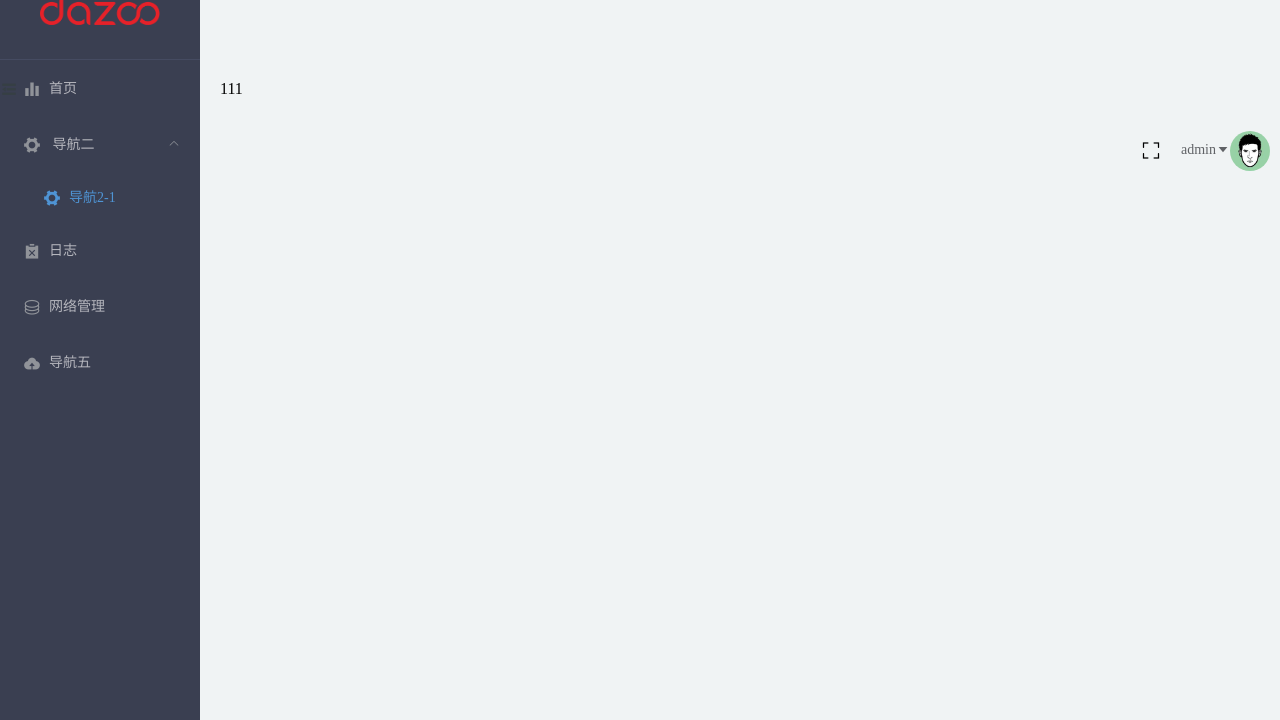
Repository: TomGodb/dazoo-admin
Page: /#/dashbord/aaa
An editor plug-in stored every save of this project. The page is shown before and after the next save, followed by the edit.
The browser window is 1280 px wide. The pictures show the whole page.
The project was rebuilt for these pictures with package versions that can differ from the ones it lists, and the page was loaded fresh each time. Also part of the build but not shown: vue.config.js, src/components/SlideVerify/index.vue, src/utils/request.js, src/views/login/http.js, src/views/login/index.vue.

Above is the page before, as saved 2021-01-23 14:00:33.

### public/index.html
<!DOCTYPE html>
<html lang="">
  <head>
    <meta charset="utf-8">
    <meta http-equiv="X-UA-Compatible" content="IE=edge">
    <meta name="viewport" content="width=device-width,initial-scale=1.0">
    <link rel="icon" href="<%= BASE_URL %>favicon.ico">
    <title>运维管理后台</title>
  </head>
  <body>
    <noscript>
      <strong>We're sorry but <%= htmlWebpackPlugin.options.title %> doesn't work properly without JavaScript enabled. Please enable it to continue.</strong>
    </noscript>
    <div id="app"></div>
    <!-- built files will be auto injected -->
  </body>
</html>

### src/main.js
import Vue from "vue";
import App from "./App.vue";
import router from "./router";
import store from "./store";
import ElementUI from 'element-ui';
import 'element-ui/lib/theme-chalk/index.css';
import "@/style/element.less";
Vue.config.productionTip = false;
Vue.use(ElementUI);
new Vue({
  router,
  store,
  render: h => h(App)
}).$mount("#app");

### src/App.vue
<template>
  <div id="app">
    <!-- <div id="nav">
      <router-link to="/">Home</router-link> |
      <router-link to="/about">About</router-link>
    </div> -->
    <router-view />
  </div>
</template>

<style lang="less">
* {
  padding: 0;
  margin: 0;
}
body,
html {
  height: 100%;
}
#app {
  font-family: "\5FAE\8F6F\96C5\9ED1";
  height: 100%;
}

// #nav {
//   padding: 30px;
//   a {
//     font-weight: bold;
//     color: #2c3e50;
//     &.router-link-exact-active {
//       color: #42b983;
//     }
//   }
// }
</style>

### src/router/index.js
import Vue from "vue";
import VueRouter from "vue-router";

import login from "@v/login/index.vue";
import Home from "@/Home/index.vue";
Vue.use(VueRouter);
import module from './modole'

export const currencyRoutes = [{
    path: "/",
    name: "login",
    component: login,
  },
  {
    path: "/Home",
    name: "Home",
    component: Home,
    redirect: "/dashbord",
    children: module,

  },
];
const router = new VueRouter({
  mode: "hash",
  base: process.env.BASE_URL,
  routes: currencyRoutes
});

export default router;

### src/store/index.js
import Vue from "vue";
import Vuex from "vuex";
import getters from "./getters"

Vue.use(Vuex);
export default new Vuex.Store({
  state: {
    opened: false
  },
  mutations: {
    SET_OPENED(state) {
      state.opened = !state.opened;
    },
  },
  actions: {},
  modules: {},
  getters
});

### src/style/element.less
.el-menu--collapse .el-submenu__title{
    span{
        display: none;
    }
    .el-submenu__icon-arrow {
        display: none;
    }
}
.el-header{
    height: 60px;
    position: fixed;
    top: 0;
    width: 100%;
    left: 0;
    z-index: 999;
    padding: 0px !important;
}
.table-expand {
    font-size: 0;
    & label{
        width: 90px;
        color: #99a9bf;
    }
    & .el-form-item {
        margin-right: 0;
        margin-bottom: 0;
        width: 50%;
      }
  }

### src/Home/index.vue
<template>
  <div class="home-container">
    <el-container>
      <el-header> <m-header></m-header></el-header>
      <el-container>
        <el-aside :width="opened ? '64px' : '200px'">
          <el-menu
            :default-active="activeMenu"
            class="el-menu-vertical-demo"
            background-color="#3a3f51"
            text-color="#b5b6bd"
            active-text-color="rgb(79, 148, 212)"
            mode="vertical"
            :collapse-transition="false"
            router
            :collapse="opened"
          >
            <NavMenu :navMenus="menuData"></NavMenu>
          </el-menu>
        </el-aside>
        <el-main>
          <div class="wrapper_con">
            <transition name="fade-page" mode="out-in">
              <router-view></router-view>
            </transition>
          </div>
        </el-main>
      </el-container>
    </el-container>
    <!-- <el-container>
      <el-aside :width="opened ? '64px' : '200px'">
        <el-menu
          :default-active="activeMenu"
          class="el-menu-vertical-demo"
          background-color="#3a3f51"
          text-color="#b5b6bd"
          active-text-color="rgb(79, 148, 212)"
          mode="vertical"
          :collapse-transition="false"
          router
          :collapse="opened"
        >
          <NavMenu :navMenus="menuData"></NavMenu>
        </el-menu>
      </el-aside>
      <el-container>
        <el-header>
          <m-header></m-header>

        </el-header>
        <el-main>
          <transition name="fade-page" mode="out-in">
            <router-view></router-view>
          </transition>
        </el-main>
      </el-container>
    </el-container> -->
  </div>
</template>

<script>
import NavMenu from "./NavMenu";
import { mapGetters } from "vuex";
import MHeader from "./Header";
import { menuData } from "./NavMenu/meunDataRouter";
export default {
  components: {
    NavMenu,
    MHeader,
  },
  data() {
    return {
      menuData,
    };
  },
  computed: {
    activeMenu() {
      return this.$route.path;
    },
    ...mapGetters(["opened"]),
  },
};
</script>

<style lang="less" scoped>
.home-container {
  height: 100%;
  .el-aside {
    margin-top: 60px;
    transition: width 0.3s;
    overflow: hidden;
    background-color: rgb(58, 63, 81);
  }
  .el-menu {
    border-right: 0px !important;
  }
  .fade-page-enter-active,
  .fade-page-leave-active {
    transition: all 0.5s;
  }
  .fade-page-enter {
    opacity: 0;
    transform: translateX(-30px);
  }
  .fade-page-leave-to {
    opacity: 0;
    transform: translateX(-30px);
  }
}
.el-container {
  height: 100%;
}
.el-main {
  background-color: #f0f3f4;
}
.wrapper_con {
  margin-top: 60px;
  height: calc(100% - 60px);
}
</style>

### src/router/modole/index.js
import aaa from './aaa'
let routesArray = []

let toArray = (pages) => {
  Object.keys(pages).forEach((key) => {
    let obj = pages[key]
    Object.keys(obj).forEach((key) => {
      routesArray.push(obj[key])
    })
  })
}
toArray([aaa])

export default routesArray

### src/store/getters.js

const getters ={
    opened(state){
        return state.opened
    }
}
export default getters;

### src/Home/NavMenu/index.vue
<template>
  <div class="navMenu">

    <template v-for="navMenu in navMenus">
      <!-- 最后一级菜单 -->
      <el-menu-item
        v-if="!navMenu.children && navMenu"
        :key="navMenu.id"
        :data="navMenu"
        :index="navMenu.path"
      >
        <i :class="navMenu.meta.icon"></i>
        <span slot="title">{{ navMenu.meta.title }}</span>
      </el-menu-item>
      <!-- 此菜单下还有子菜单 -->
      <el-submenu
        v-if="navMenu.children && navMenu"
        :key="navMenu.id"
        :data="navMenu"
        :index="navMenu.path"
      >
        <template slot="title">
          <i :class="navMenu.meta.icon"></i>
          <span> {{ navMenu.meta.title }}</span>
        </template>
        <!-- 递归 -->
        <NavMenu :navMenus="navMenu.children"></NavMenu>
      </el-submenu>
    </template>
  </div>
</template>

<script>
import { mapGetters } from "vuex";
export default {
  computed: {
    ...mapGetters(["opened"]),
  },
  name: "NavMenu",
  props: ["navMenus"],
  data() {
    return {};
  },
  methods: {},
};
</script>
<style lang="less" scoped>

</style>

### src/Home/Header/index.vue
<template>
<div>
    <header-l></header-l>

  <div class="sideCollapse">

    <div class="sideCollapse-left" id="domColapse">
      <i
        :class="{ 'el-icon-s-unfold': opened, 'el-icon-s-fold': !opened }"
        @click="toggleOpen()"
      ></i>
    </div>
    <div class="sideCollapse-right">
      <user-dropdown></user-dropdown>
    </div>
  </div>
  </div>
</template>

<script>
import { mapGetters } from "vuex";
import UserDropdown from "./UserDropdown";
import headerL from "./logo";
export default {
  components: {
    UserDropdown,
    headerL,
  },
  computed: {
    ...mapGetters(["opened"]),
  },
  methods: {
    toggleOpen() {
      this.$store.commit("SET_OPENED");
    },
  },
};
</script>
<style lang="less" scoped>
.sideCollapse-left {
  width: 100%;
  float: left;
  font-size: 18px;
  color: #363f44;
  cursor: pointer;
}
.sideCollapse {
  background-color: white;
  line-height: 60px;
  height: 100%;
}
.sideCollapse-right {
  float: right;
}
.header_l {
  transition: width 0.3s;
  float: left;
  background-color: #3a3f51;
  border-bottom: 1px solid #454b61;
  width: 200px;
  height: 59px;
  text-align: center;
  font-size: 15px;
  font-weight: 700;
  img {
    height: 28px;
    vertical-align: middle;
    position: relative;
    top: -3px;
  }
}
</style>

### src/Home/NavMenu/meunDataRouter.js
const menuData = [{
        id: 1,
        meta: {
            title: "首页",
            icon: "el-icon-s-data"
        },
        path: "/dashbord",
    },
    {
        id: 2,
        meta: {
            title: "导航二",
            icon: "el-icon-s-tools"
        },
        path: "/dashbord/aaa",

        children: [{

            path: "/dashbord/aaa",
            meta: {
                title: "导航2-1",
                icon: "el-icon-s-tools"
            },
        }]
    },
    {
        id: 3,
        meta: {
            title: "日志",
            icon: "el-icon-s-release"
        },
        path: "/",
    },
    {
        id: 4,
        meta: {
            title: "网络管理",
            icon: "el-icon-coin"
        },
        path: "/",
    },
    {
        id: 5,
        meta: {
            title: "导航五",
            icon: "el-icon-upload"
        },
        path: "/",
    },
]

export {
    menuData
}

### src/router/modole/aaa.js
export default [{
        path: "/dashbord",
        name: "Dashbord",
        component: () => import("@v/dashbord"),
        meta: {
            title: "首页",
            icon: "el-icon-s-data"
        }
    },
    {
        path: "/dashbord/aaa",
        name: "aaa",
        component: () => import("@v/aaa"),
        meta: {
            title: "aaa",
            icon: "el-icon-s-data"
        }
    },
]

### src/Home/Header/UserDropdown.vue
<template>
  <div>
    <div class="hoverBag" @click="toggleFull">
      <i class="el-icon-full-screen iconFont"></i>
    </div>
    <el-dropdown class="userDd hoverBag" @command="handleCommand">
      <div class="userDrop">
        <span class="userDrop_text">
          admin<i class="el-icon-caret-bottom"></i
        ></span>
        <img src="@a/ImgSrc/header_images/user01.jpg" alt="user" />
      </div>
      <el-dropdown-menu solt="dropdown">
        <el-dropdown-item
          v-for="(item, index) in dropdownList"
          :key="index"
          :command="index"
        >
          <i :class="item.icon"></i>{{ item.title }}
        </el-dropdown-item>
        <!-- <el-dropdown-item>
          <i class=""></i>
        </el-dropdown-item>
        <el-dropdown-item divided>
          <i class=""></i>
        </el-dropdown-item> -->
      </el-dropdown-menu>
    </el-dropdown>
  </div>
</template>
<script>
import screenfull from "screenfull";
export default {
  data() {
    return {
      dropdownList: [
        {
          icon: "el-icon-s-home",
          title: "首页",
          path: "/Home",
        },
        {
          icon: "el-icon-s-custom",
          title: "个人信息",
          path: "/dashbord/aaa",
        },
        {
          icon: "el-icon-switch-button",
          title: "登出",
          path: "/",
        },
      ],
    };
  },
  methods: {
    handleCommand(index) {
      this.$router.push(this.dropdownList[index].path);
    },
    toggleFull() {
      screenfull.toggle();
    },
  },
};
</script>
<style lang="less" scoped>
.iconFont {
  font-size: 20px;
  vertical-align: middle;
}
.userDrop img {
  vertical-align: middle;
  display: inline-block;
  width: 40px;
  height: 40px;
  border-radius: 50%;
  vertical-align: middle;
}

.hoverBag {
  cursor: pointer;
  height: 100%;
  padding: 0px 10px;
  float: left;
}
.hoverBag:hover {
  background: #f0f3f4;
}
</style>

### src/Home/Header/logo.vue
<template>
  <div>
    <div class="header_l" :style="{ width: opened ? '64px' : '200px' }">
      <img
        :src="
          require(opened
            ? '@a/ImgSrc/Home-logo/dazoo-logo.png'
            : '@a/ImgSrc/Home-logo/logo.jpg')
        "
        alt="logo"
        title="logo"
      />
    </div>
  </div>
</template>
<script>
import { mapGetters } from "vuex";
export default {
  computed: {
    ...mapGetters(["opened"]),
  },
};
</script>
<style lang="less" scoped>
.header_l {
  transition: width 0.3s;
  float: left;
  background-color: #3a3f51;
  border-bottom: 1px solid #454b61;
  width: 200px;
  height: 59px;
  text-align: center;
  font-size: 15px;
  font-weight: 700;
  img {
    height: 28px;
    vertical-align: middle;
    position: relative;
    top: -3px;
  }
}
</style>

### src/views/aaa/index.vue
<template>
  <div>
    111
  </div>
</template>
<script>
export default {
  data() {
    return {};
  },
};
</script>
<style lang="less" scoped></style>

After the next save:
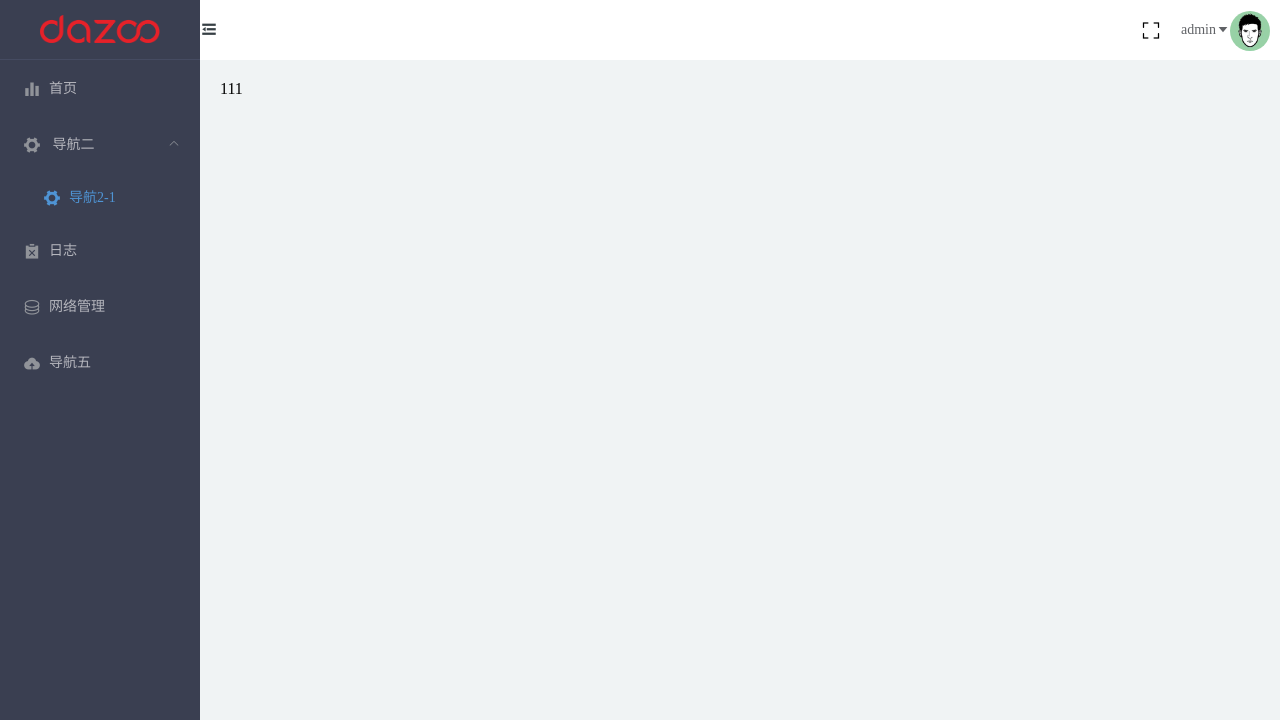
Saved 11 s later.
--- a/src/Home/Header/index.vue
+++ b/src/Home/Header/index.vue
@@ -1,9 +1,6 @@
 <template>
-<div>
+  <div class="sideCollapse">
     <header-l></header-l>
-
-  <div class="sideCollapse">
-
     <div class="sideCollapse-left" id="domColapse">
       <i
         :class="{ 'el-icon-s-unfold': opened, 'el-icon-s-fold': !opened }"
@@ -13,7 +10,6 @@
     <div class="sideCollapse-right">
       <user-dropdown></user-dropdown>
     </div>
-  </div>
   </div>
 </template>
 
@@ -38,7 +34,6 @@
 </script>
 <style lang="less" scoped>
 .sideCollapse-left {
-  width: 100%;
   float: left;
   font-size: 18px;
   color: #363f44;

After the 2 saves that followed:
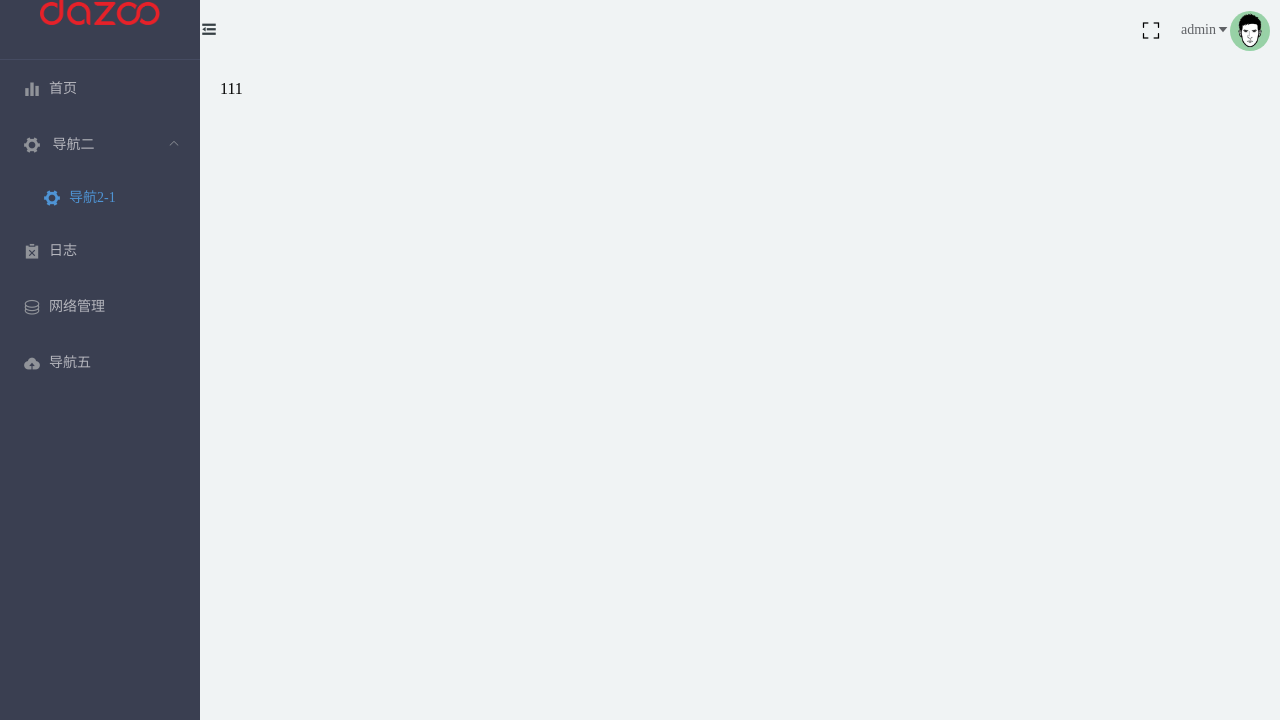
The 2 saves are shown as one change because 1 left the picture as it was.
The last was saved 62 s later.
--- a/src/Home/Header/index.vue
+++ b/src/Home/Header/index.vue
@@ -1,6 +1,9 @@
 <template>
+<div>
+ <header-l></header-l>
+
   <div class="sideCollapse">
-    <header-l></header-l>
+
     <div class="sideCollapse-left" id="domColapse">
       <i
         :class="{ 'el-icon-s-unfold': opened, 'el-icon-s-fold': !opened }"
@@ -10,6 +13,7 @@
     <div class="sideCollapse-right">
       <user-dropdown></user-dropdown>
     </div>
+  </div>
   </div>
 </template>
 
@@ -47,21 +51,21 @@
 .sideCollapse-right {
   float: right;
 }
-.header_l {
-  transition: width 0.3s;
-  float: left;
-  background-color: #3a3f51;
-  border-bottom: 1px solid #454b61;
-  width: 200px;
-  height: 59px;
-  text-align: center;
-  font-size: 15px;
-  font-weight: 700;
-  img {
-    height: 28px;
-    vertical-align: middle;
-    position: relative;
-    top: -3px;
-  }
-}
+// .header_l {
+//   transition: width 0.3s;
+//   float: left;
+//   background-color: #3a3f51;
+//   border-bottom: 1px solid #454b61;
+//   width: 200px;
+//   height: 59px;
+//   text-align: center;
+//   font-size: 15px;
+//   font-weight: 700;
+//   img {
+//     height: 28px;
+//     vertical-align: middle;
+//     position: relative;
+//     top: -3px;
+//   }
+// }
 </style>
